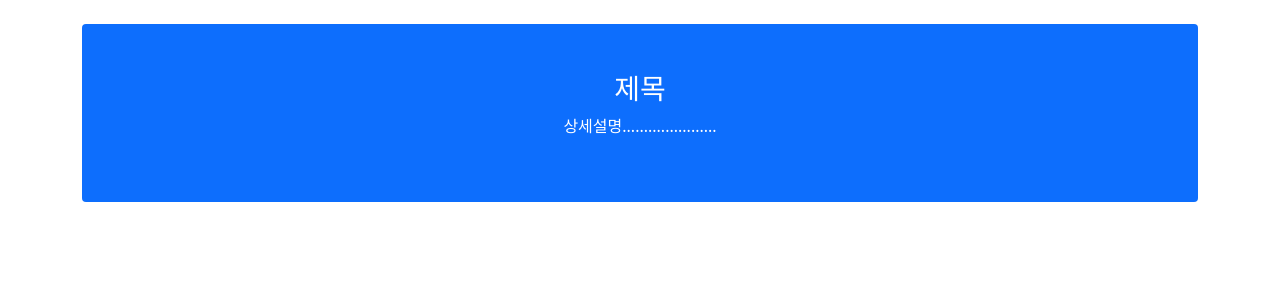
Repository: juhee1020/studying
Page: http://localhost/lec03_mvc/
An editor plug-in stored every save of this project. The page is shown before and after the next save, followed by the edit.
The browser window is 1280 px wide. The pictures show the whole page.
Some web libraries are served in a nearby version. The page is served by Tomcat 9. Other server files are loaded and not shown.

Above is the page before, as saved 2022-12-28 00:35:51.

### Spring/lec03_mvc/src/main/webapp/index.jsp
<%@page language="java" contentType="text/html; charset=UTF-8" pageEncoding="UTF-8"%>
<%@taglib uri="http://java.sun.com/jsp/jstl/core" prefix="c" %>
<!DOCTYPE html>
<html>
<head>
   <title>Spring Framework</title>
   <meta charset="UTF-8">
    <meta name="viewport" content="width=device-width, initial-scale=1">
   <link rel="stylesheet" href="https://use.fontawesome.com/releases/v5.4.1/css/all.css"
      integrity="sha384-5sAR7xN1Nv6T6+dT2mhtzEpVJvfS3NScPQTrOxhwjIuvcA67KV2R5Jz6kr4abQsz"
      crossorigin="anonymous">
   <link href="https://cdn.jsdelivr.net/npm/bootstrap@5.0.2/dist/css/bootstrap.min.css" rel="stylesheet" integrity="sha384-EVSTQN3/azprG1Anm3QDgpJLIm9Nao0Yz1ztcQTwFspd3yD65VohhpuuCOmLASjC" crossorigin="anonymous">
   <script src="https://cdn.jsdelivr.net/npm/bootstrap@5.0.2/dist/js/bootstrap.bundle.min.js" integrity="sha384-MrcW6ZMFYlzcLA8Nl+NtUVF0sA7MsXsP1UyJoMp4YLEuNSfAP+JcXn/tWtIaxVXM" crossorigin="anonymous"></script>
</head>
<body>
   <div class="container" align="center">
      <div class="mt-4 p-5 bg-primary text-white rounded">
         <h3>제목</h3>
         <p>상세설명......................</p>

      </div>
      <br>


   </div>
</body>
</html>

After the next save:
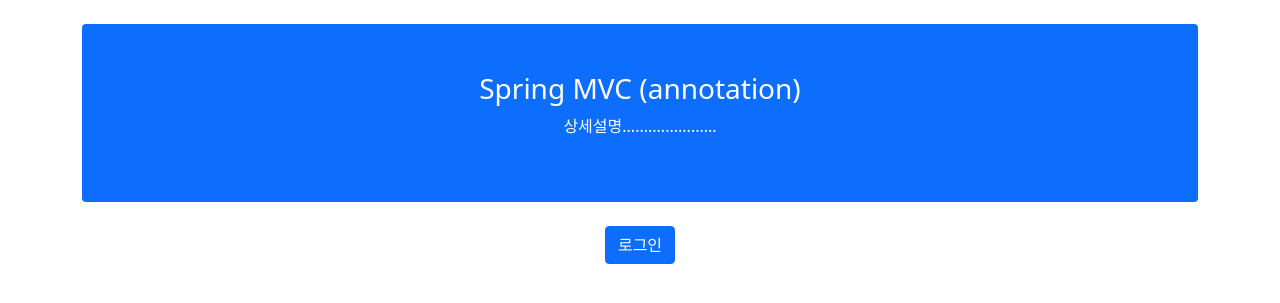
Saved 2 min 48 s later.
--- a/Spring/lec03_mvc/src/main/webapp/index.jsp
+++ b/Spring/lec03_mvc/src/main/webapp/index.jsp
@@ -13,15 +13,13 @@
    <script src="https://cdn.jsdelivr.net/npm/bootstrap@5.0.2/dist/js/bootstrap.bundle.min.js" integrity="sha384-MrcW6ZMFYlzcLA8Nl+NtUVF0sA7MsXsP1UyJoMp4YLEuNSfAP+JcXn/tWtIaxVXM" crossorigin="anonymous"></script>
 </head>
 <body>
-   <div class="container" align="center">
-      <div class="mt-4 p-5 bg-primary text-white rounded">
-         <h3>제목</h3>
-         <p>상세설명......................</p>
-
-      </div>
-      <br>
-
-
-   </div>
+	<div class="container" align="center">
+		<div class="mt-4 p-5 bg-primary text-white rounded">
+			<h3>Spring MVC (annotation) </h3>
+			<p>상세설명......................</p>
+		</div>
+		<br>
+		<a href="login.do" class="btn btn-primary">로그인</a>
+	</div>
 </body>
 </html>
